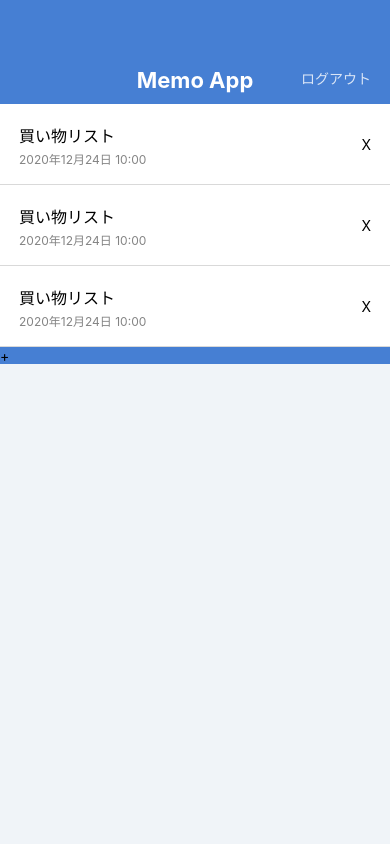
Repository: hirano-step/MemoApp
Screen: /
An editor plug-in stored every save of this project. The screen is shown before and after the next save, followed by the edit.
The app was drawn by React Native's web renderer in a window 390 px wide. The project was rebuilt for these pictures with package versions that can differ from the ones it lists, and the page was loaded fresh each time.

Above is the screen before, as saved 2023-01-12 11:26:31.

After the next save:
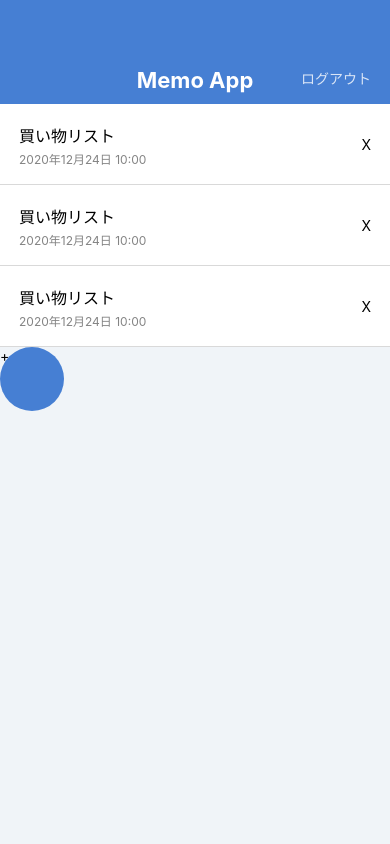
Saved 23 s later.
--- a/App.jsx
+++ b/App.jsx
@@ -98,5 +98,8 @@ const styles = StyleSheet.create({
   },
   circleButton: {
     backgroundColor: '#467FD3',
+    width: 64,
+    height: 64,
+    borderRadius: 32,
   }
 });
